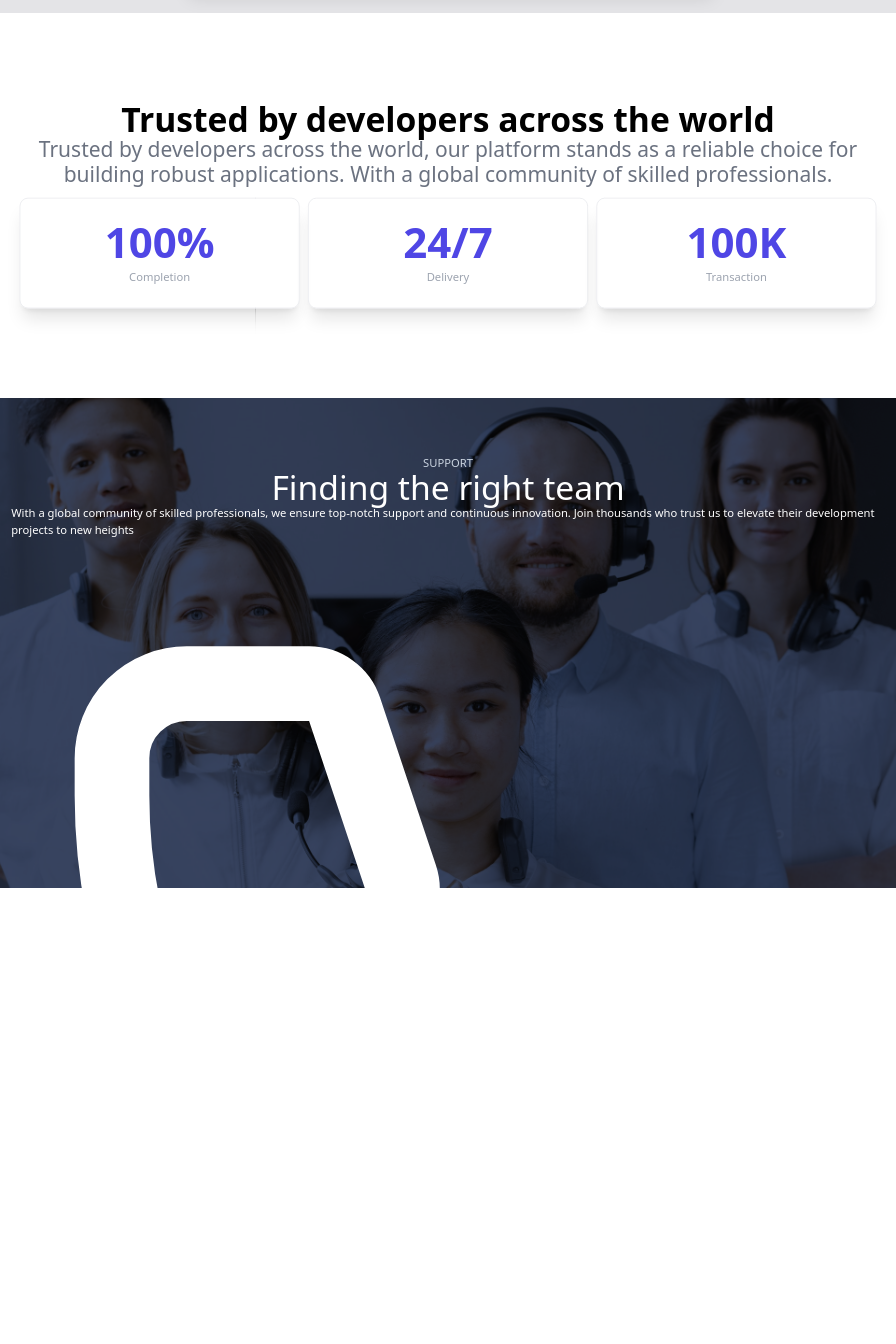
Repository: adrcstro/react-project-2
Page: /
The author's editor kept a copy of each file at every save. The page is drawn from the files as they stood at one save, then again after the next save.
The browser window is 1280 px wide. The pictures show the part of the page from y = 702 to 2622 px (the page is 4174 px tall before and 4186 px after), at 70% of full size.
The project was rebuilt for these pictures with package versions that can differ from the ones it lists, and the page was loaded fresh each time.

Above is the page before, as saved 2024-08-15 20:26:56.

### src/index.js
import React from 'react';
import ReactDOM from 'react-dom/client';
import './index.css';
import App from './App';

const root = ReactDOM.createRoot(document.getElementById('root'));
root.render(

    <App />

);

### src/index.css
@tailwind base;
@tailwind components;
@tailwind utilities;

@layer base{
    li{
       @apply p-4
    }
    button{
        @apply text-white border bg-indigo-600 border-indigo-600
        hover:bg-transparent hover:text-indigo-600 rounded-md
    }
}

### src/App.js
import About from "./components/About";
import Hero from "./components/Hero";
import Navbar from "./components/Navbar";
import Support from "./components/Support";



function App() {
  return (
    <>
<Navbar/>
<Hero/>
<About />
<Support />
    </>

  );
}

export default App;

### src/components/About.jsx
import React from 'react'

function About() {
  return (
    <div className='w-full my-32'>
        <div className='max-w-[1240px] mx-auto'>
          <div className='text-center'>
            <h2 className='text-5xl font-bold'>Trusted by developers across the world</h2>
            <p className='text-3xl py6 text-gray-500 px-3'>Trusted by developers across the world, our platform stands as a reliable choice for building robust
             applications. With a global community of skilled professionals.</p>
          </div>

          <div className='grid md:grid-cols-3 gap-3 px-2 text-center mt-4'>
             <div className='border py-8 rounded-xl shadow-xl'>
              <p className='text-6xl font-bold text-indigo-600'>100%</p>
              <p className='text-gray-400 mt-2'>Completion</p>
             </div>
             <div className='border py-8 rounded-xl shadow-xl'>
              <p className='text-6xl font-bold text-indigo-600'>24/7</p>
              <p className='text-gray-400 mt-2'>Delivery</p>
             </div>
             <div className='border py-8 rounded-xl shadow-xl'>
              <p className='text-6xl font-bold text-indigo-600'>100K</p>
              <p  className='text-gray-400 mt-2'>Transaction</p>
             </div>
          </div>
        </div>
    </div>
  )
}

export default About

### src/components/Hero.jsx
import React from 'react'
import {
  CloudUploadIcon,
  DatabaseIcon,
  PaperAirplaneIcon,
  ServerIcon,
} from '@heroicons/react/solid'

import bgImg from '../assets/cyber-bg.png'

function Hero() {
  return (
    <div className='w-full h-screen bg-zinc-200 flex flex-col justify-between'>
<div className='grid md:grid-cols-2 max-w-[1240px] m-auto'>
       <div className='flex flex-col justify-center md:items-start w-full px-2 py-8'>
        <p className='text-2xl'>Unique Sequencing & Production</p>
        <h1 className='py-3 text-5xl md:text-7xl font-bold'>Cloud Management</h1>
        <p className='text-2xl'>This is our Tech brand</p>
        <button className='py-3 px-6 sm:w-[60%] my-4 '>Get Started</button>
       </div>
       <div>
    <img className='w-full' src={bgImg} alt='/' />
       </div>
<div className='absolute flex flex-col py-8 md:min-w-[760px] bottom-[5%] mx-1 md:left-1/2
transform md:-translate-x-1/2 bg-zinc-200 border border-slate-300 rounded-xl text-center shadow-xl'>
  <p>Data Services</p>
  <div className='flex justify-between flex-wrap px-4'>
    <p className='flex px-4 py-2 text-slate-500'><CloudUploadIcon className='h-6 text-indigo-600' /> App Security</p>
    <p className='flex px-4 py-2 text-slate-500'><DatabaseIcon className='h-6 text-indigo-600' /> Dashboard</p>
    <p className='flex px-4 py-2 text-slate-500'><PaperAirplaneIcon className='h-6 text-indigo-600' /> Cloud Data</p>
    <p className='flex px-4 py-2 text-slate-500'><ServerIcon className='h-6 text-indigo-600' /> API</p>
  </div>
</div>
</div>
    </div>
  )
}

export default Hero

### src/components/Navbar.jsx
import React ,{useState} from 'react'
import {MenuIcon, XIcon} from '@heroicons/react/outline'

function Navbar() {

const [nav, setNav] = useState(false)
const handleClick = () => setNav(!nav)



  return (
    <div className='w-screen h-[80px] z-10 bg-zinc-200 fixed drop-shadow-lg'>
    <div className='px-2 flex justify-between items-center  w-full h-full'>
<div className='flex items-center'>
  <h1 className='text-3xl font-bold mr-4 sm:text-4xl'>BRANS.</h1>
  <ul className='hidden  md:flex'>
<li>Home</li>
<li>About</li>
<li>Support</li>
<li>Platforms</li>
<li>Pricing</li>
  </ul>
</div>
<div className='hidden md:flex pr-4'>
  <button className='border-none bg-transparent text-black mr-4'>Sign In</button>
  <button className='px-8 py-3'>Sign Up</button>
</div>

    <div  className='md:hidden' onClick={handleClick}>
    {!nav ? <MenuIcon className="w-5"/> : <XIcon className='w-5'/>}

    </div>
    </div>
<ul className={!nav ? 'hidden' : 'absolute bg-zinc-200 w-full px-8'}>
<li className='border-b-2 border-zinc-300 w-full'>Home</li>
<li className='border-b-2 border-zinc-300 w-full'>About</li>
<li className='border-b-2 border-zinc-300 w-full'>Support</li>
<li className='border-b-2 border-zinc-300 w-full'>Platforms</li>
<li className='border-b-2 border-zinc-300 w-full'>Pricing</li>
<div className='flex flex-col my-4'>
<button className='bg-transparent  text-indigo-600 px-8 py-3 mb-4'>Sign In</button>
<button className='px-8 py-3'>Sign Up</button>
</div>
</ul>

    </div>

  )
}

export default Navbar

### src/components/Support.jsx
import React from 'react'
import {PhoneIcon, ArrowSmRightIcon} from '@heroicons/react/outline';
import {ChipIcon, SupportIcon} from '@heroicons/react/solid'

import supportImg from '../assets/support.jpg'
function Support() {
  return (
    <div className='w-full h-screen mt-24'>
        <div className='w-full h-[700px] bg-gray-900/90 absolute'>
            <img className='w-full h-full object-cover mix-blend-overlay' src={supportImg} alt='/' />
        </div>
        <div className='w-max-w-[1240px] mx-auto text-white relative'>
            <div className='px-4 py-12'>
                <h2 className='text--3xl pt-8 text-slate-300 uppercase text-center'>Support</h2>
                <h3 className='text-5xl font-boldpy-6 text-center'>Finding the right team</h3>
                <p>With a global community of skilled professionals, we ensure top-notch support and continuous innovation. Join thousands
                 who trust us to elevate their development projects to new heights</p>
            </div>

            <div>
                 <div>
                    <PhoneIcon/>
                    <h3>Sales</h3>
                    <p>With a global community of skilled professionals, we ensure top-notch support and continuous innovation. Join thousands who trust us to elevate their development projects to new heights</p>
                 </div>
                 <div>
                    <p>Contact Us <ArrowSmRightIcon/> </p>
                 </div>
            </div>
        </div>
    </div>
  )
}

export default Support

Loaded but not shown: public/index.html (common file); tailwind.config.js (common file)

After the next save:
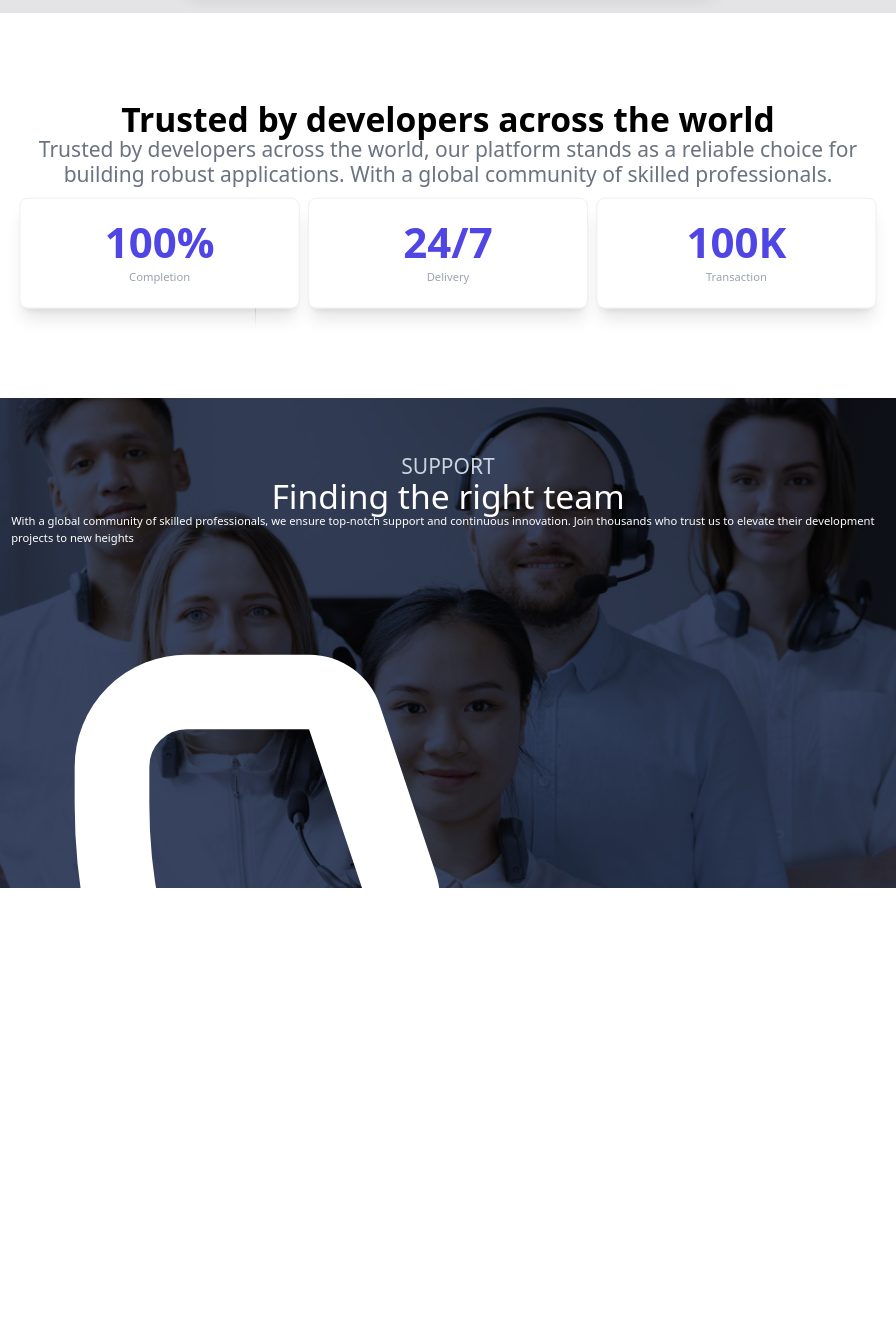
Saved 11 s later.
--- a/src/components/Support.jsx
+++ b/src/components/Support.jsx
@@ -11,7 +11,7 @@ function Support() {
         </div>
         <div className='w-max-w-[1240px] mx-auto text-white relative'>
             <div className='px-4 py-12'>
-                <h2 className='text--3xl pt-8 text-slate-300 uppercase text-center'>Support</h2>
+                <h2 className='text-3xl pt-8 text-slate-300 uppercase text-center'>Support</h2>
                 <h3 className='text-5xl font-boldpy-6 text-center'>Finding the right team</h3>
                 <p>With a global community of skilled professionals, we ensure top-notch support and continuous innovation. Join thousands
                  who trust us to elevate their development projects to new heights</p>
